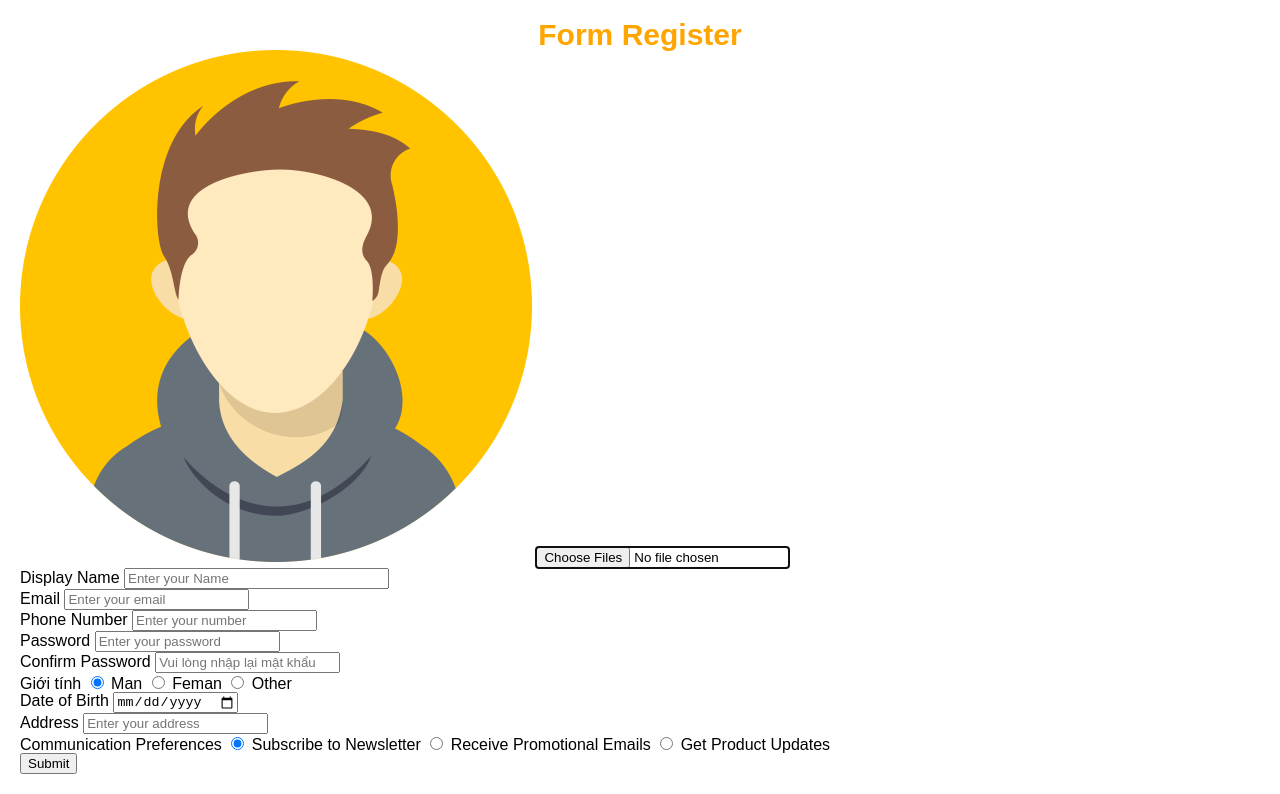
Repository: lannguyen1301/f8-zoom-day-5
Page: form-interactive.html
These files come from the project's save history. The page is drawn as it stood at one moment and after the next save; the edit follows.
The browser window is 1280 px wide. The pictures show the whole page.

Above is the page before, as saved 2025-04-21 20:45:28.

After the next save:
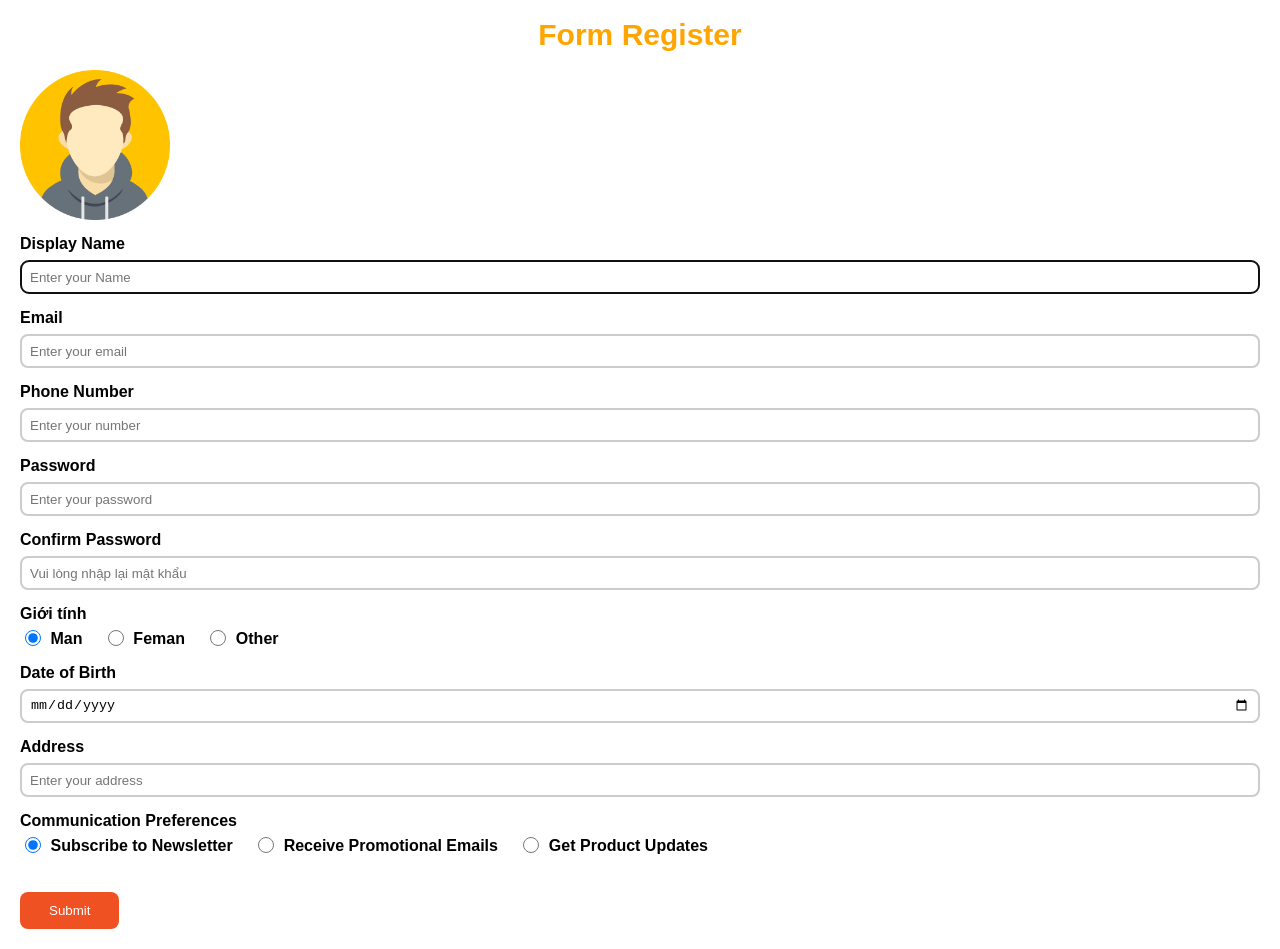
Saved 95 s later.
--- a/assets/css/style.css
+++ b/assets/css/style.css
@@ -83,3 +83,99 @@ a {
     text-align: center;
     background-color: red;
 }
+
+/* Form Inter Active */
+
+.inner {
+    padding: 20px;
+}
+.top-desc {
+    margin: unset;
+    text-align: unset;
+}
+form {
+    margin-top: 20px;
+}
+
+.form-group {
+    margin-top: 16px;
+}
+
+.form-group label,
+.form-group input {
+    display: block;
+}
+
+.form-group label {
+    font-weight: 600;
+}
+
+.form-group input:not([type="radio"]):not([type="checkbox"]) {
+    width: 100%;
+    height: 34px;
+    margin-top: 8px;
+    padding: 4px 8px;
+    border: 2px solid #ccc;
+    border-radius: 8px;
+}
+
+.form-group input[type="radio"],
+.form-group input[type="checkbox"],
+.form-group input[type="radio"] + label,
+.form-group input[type="checkbox"] + label {
+    display: inline-block;
+}
+
+.form-group input[type="radio"] {
+    width: 16px;
+    height: 16px;
+    margin-top: 8px;
+}
+
+.form-group input[type="radio"] + label {
+    position: relative;
+    top: -2px;
+    margin-right: 16px;
+    padding-left: 2px;
+}
+
+.profile-group {
+    display: block;
+    width: 150px;
+    height: 150px;
+    border-radius: 50%;
+}
+
+.profile-group .profile-img {
+    display: block;
+    width: 100%;
+    height: 100%;
+    object-fit: cover;
+}
+
+.profile-title {
+    display: block;
+}
+
+#profile {
+    display: none;
+}
+
+/* input.input-profile {
+    display: inline-block;
+    width: 50%;
+} */
+
+.form-group .btn {
+    margin-top: 20px;
+    padding: 10px 28px;
+    border: 1px solid transparent;
+    border-radius: 8px;
+    color: #fff;
+    background: #f05123;
+    cursor: pointer;
+}
+
+.form-group .btn:hover {
+    opacity: 0.9;
+}
